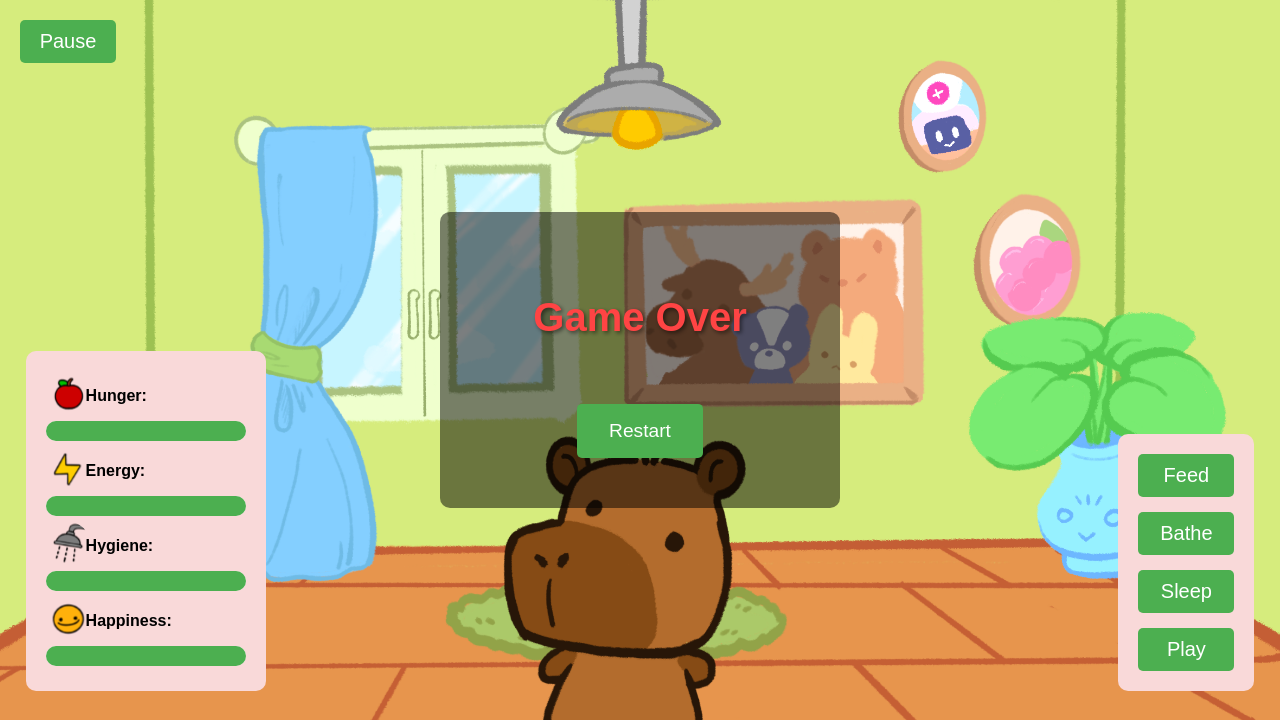
Repository: sarahjx/CapyCare
Page: html/index.html
These files come from the project's save history. The page is drawn as it stood at one moment and after the next save; the edit follows.
The browser window is 1280 px wide. The pictures show the whole page.
Some web fonts or font styles are not loaded; a fallback is used.

Above is the page before, as saved 2025-05-01 15:01:17.
Console error: TypeError: Cannot set properties of null (setting 'innerText')

After the next save:
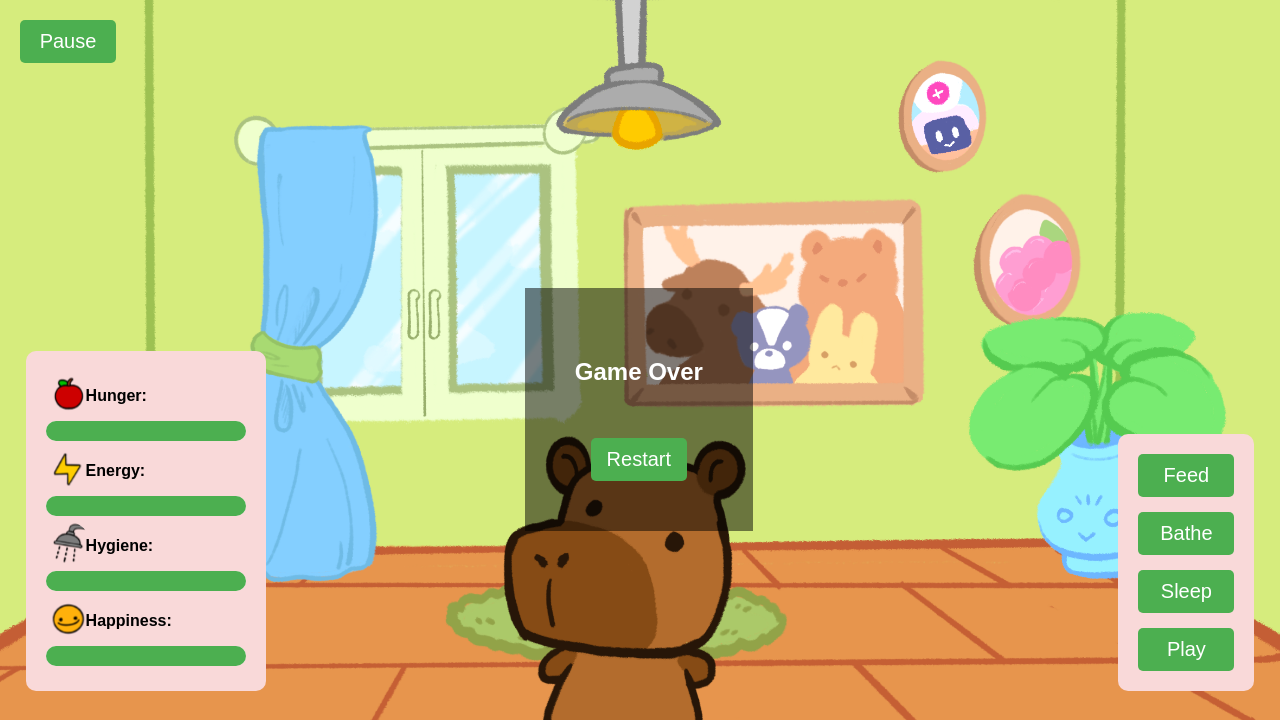
Saved 21 s later.
--- a/css/statusbar.css
+++ b/css/statusbar.css
@@ -30,11 +30,6 @@ body {
   background-repeat: no-repeat;
   background-attachment: fixed;
   background-position: center;
-}
-
-body.game-over {
-  opacity: 0.2;
-  transition: opacity 0.3s ease;
 }
 
 .pet-container {
@@ -138,8 +133,7 @@ body.game-over {
   bottom: 4%;
 }
 
-.action-button,
-.pause-button {
+button {
   padding: 10px;
   border: none;
   border-radius: 5px;
@@ -153,12 +147,7 @@ body.game-over {
   font-size: var(--font-size-xl);
 }
 
-.restart-button {
-  background-color: var(--primary-color);
-  font-family: var(--font-family);
-}
-
-.action-button:hover {
+button:hover {
   background-color: #45a049;
 }
 
@@ -178,57 +167,17 @@ body.game-over {
   display: none;
 }
 
-.game-over-overlay {
-  position: fixed;
-  top: 0;
-  left: 0;
-  right: 0;
-  bottom: 0;
-  width: 100vw;
-  height: 100vh;
-  background-color: rgba(0, 0, 0, 0.2);
-  display: none;
-  z-index: 1000;
-  margin: 0;
-  padding: 0;
-}
-
 .game-over-content {
+  /* display: none; */
   position: fixed;
   display: flex;
   flex-direction: column;
   justify-content: center;
   align-items: center;
-  left: 50%;
-  top: 50%;
-  transform: translate(-50%, -50%);
+  left: 41%;
+  top: 40%;
   padding: 50px;
+  margin: 0;
   background-color: rgba(0, 0, 0, 0.5);
   color: white;
-  border-radius: 10px;
-  z-index: 1001;
-  min-width: 300px;
 }
-
-.game-over-content h2 {
-  color: #ff4444;
-  font-size: 2.5rem;
-  text-align: center;
-  margin-bottom: 2rem;
-  text-shadow: 2px 2px 4px rgba(0, 0, 0, 0.5);
-}
-
-.game-over-content button {
-  padding: 1rem 2rem;
-  font-size: 1.2rem;
-  background-color: #4caf50;
-  color: white;
-  border: none;
-  border-radius: 5px;
-  cursor: pointer;
-  transition: background-color 0.3s;
-}
-
-.game-over-content button:hover {
-  background-color: #45a049;
-}
--- a/backend/status.js
+++ b/backend/status.js
@@ -373,8 +373,7 @@ function showGameOver() {
 
   console.log("GAME OVER: " + reason);
   document.getElementById("gameOverMessage").textContent = reason;
-  document.body.classList.add("game-over");
-  document.getElementById("gameOverContent").style.display = "flex";
+  document.getElementById("gameOverScreen").style.display = "flex";
 }
 
 function resetGame() {
@@ -383,8 +382,7 @@ function resetGame() {
   energy = 100;
   hygiene = 100;
   happiness = 100;
-  document.body.classList.remove("game-over");
-  document.getElementById("gameOverContent").style.display = "none";
+  document.getElementById("gameOverScreen").style.display = "none";
   currentPet = getRandomPersonality();
   updateStatusBars();
   updateIntervals();
